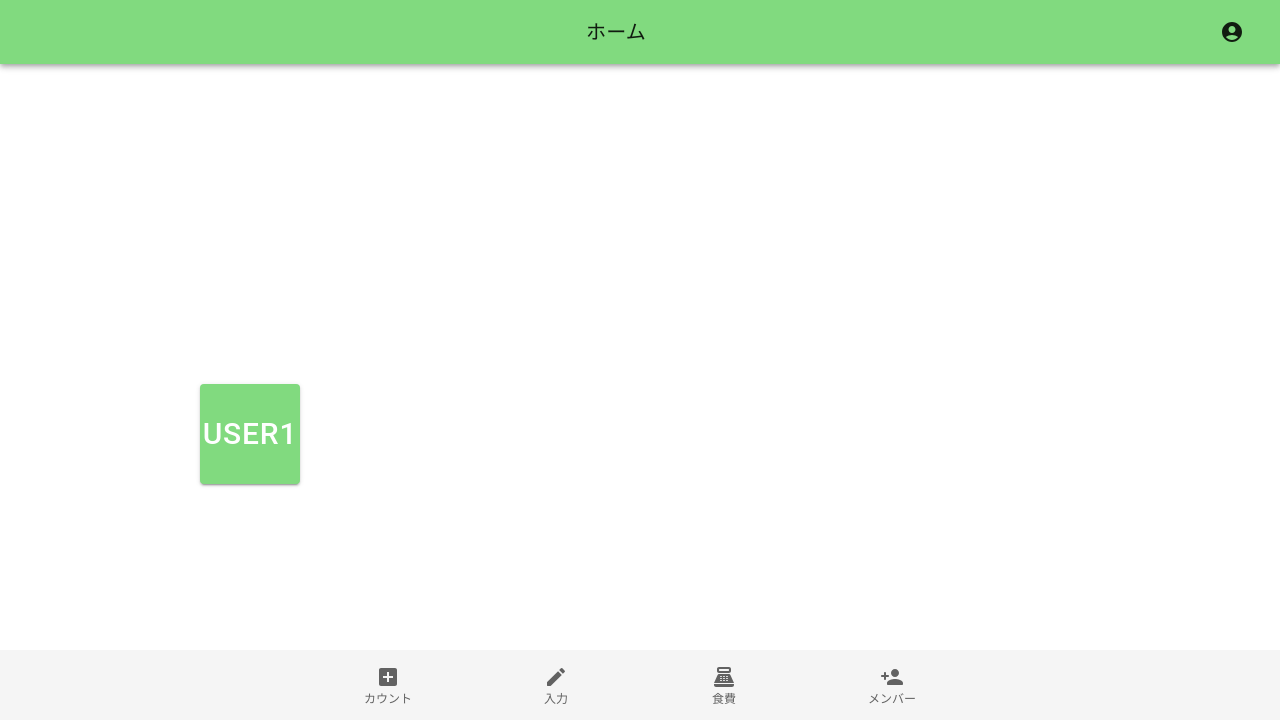
Repository: motohiro0410/motsufood
Page: /noteatingcount (app in frontend/)
The author's editor kept a copy of each file at every save. The page is drawn from the files as they stood at one save, then again after the next save.
The browser window is 1280 px wide. The pictures show the whole page.
The project was rebuilt for these pictures with package versions that can differ from the ones it lists, and the page was loaded fresh each time. Also part of the build but not shown: frontend/src/App.css, frontend/src/components/pages/Login.tsx, frontend/src/components/pages/Money.tsx, frontend/src/components/organisms/GroupHeader.tsx, frontend/src/components/pages/Group.tsx, frontend/src/components/organisms/SignInHeader.tsx, frontend/src/components/pages/SignIn.tsx, frontend/src/components/pages/Page404.tsx and 1 more.

Above is the page before, as saved 2022-08-11 16:14:45.

### frontend/src/App.tsx
import './App.css';
import { BrowserRouter } from "react-router-dom";

import { Router } from "./router/Router";
import { ThemeProvider } from '@mui/system';
import { theme } from './theme/theme';

import { AdapterDateFns } from '@mui/x-date-pickers/AdapterDateFns';
import { LocalizationProvider } from '@mui/x-date-pickers/LocalizationProvider';
import { HeaderProvider } from "./providers/HeaderProvider"

function App() {
  return (
    <LocalizationProvider dateAdapter={AdapterDateFns}>
      <ThemeProvider theme={theme}>
        <HeaderProvider>
         <BrowserRouter>
            <Router />
          </BrowserRouter>
        </HeaderProvider>
      </ThemeProvider>
    </LocalizationProvider>


  );
}

export default App;

### frontend/src/router/Router.tsx
import { FC, memo } from "react";
import { Switch, Route } from "react-router-dom";

import { Login } from "../components/pages/Login";
import { NotEatingCount } from "../components/pages/notEatingCount";
import { Money } from "../components/pages/Money";
import { Group } from "../components/pages/Group";
import { SignIn } from "../components/pages/SignIn";
import { Page404 } from "../components/pages/Page404";

import { InputFoodExpence } from "../components/pages/InputFoodExpence";

export const Router: FC = memo(() => {
  return (
    <Switch>
      <Route exact path="/">
        <Login />
      </Route>
      <Route path="/noteatingcount">
        <NotEatingCount />
      </Route>
      <Route path="/money">
        <Money />
      </Route>
      <Route path="/group">
        <Group />
      </Route>
      <Route path="/input">
        <InputFoodExpence />
      </Route>
      <Route path="/signin">
        <SignIn />
      </Route>
      <Route path="*">
        <Page404 />
      </Route>
    </Switch>
  )
})

### frontend/src/theme/theme.ts
import { createTheme } from "@mui/material"

export const theme = createTheme({
  palette: {
    primary: {
      main: "#81da7f"
    }
  }
});

### frontend/src/providers/HeaderProvider.tsx
import { createContext } from "react";

export const HeaderContext = createContext<Context[]>({} as Context[]);

export type Context = {
  title: string;
}

export const HeaderProvider = (props: any) => {
  const { children } = props;
  const contextName: Context[] = [
    {title: "ホーム"},
    {title: "食費入力"},
    {title: "支払い"},
    {title: "ユーザー編集"},
  ]



  return (
    <HeaderContext.Provider value={contextName}>
      {children}
    </HeaderContext.Provider>
  )
}

### frontend/src/components/pages/notEatingCount.tsx
import { FC, memo, useContext, useState } from "react";

import { Footer } from "../organisms/Footer";
import { MainHeader } from "../organisms/MainHeader";

import Grid from '@mui/material/Grid';
import Button from '@mui/material/Button';
import { HeaderContext } from '../../providers/HeaderProvider';
import { UserDetailModal } from "../organisms/UserDetailModal";

export const NotEatingCount: FC = memo(() => {
  const [open, setOpen] = useState(false);
  const handleOpen = () => setOpen(true);
  const handleClose = () => setOpen(false);

  const contexts = useContext(HeaderContext);
  return (
    <>
      <MainHeader title={contexts[0].title} handleOpen={handleOpen} />
        <Grid  alignItems="center" sx={{ mt: 40, ml: 25 }} >
          <Grid item>
            <Button variant="contained" sx={{ bgcolor: '#81da7f', color: "white", fontSize: '30px', width: 100, height: 100 }}>user1</Button>
          </Grid>
        </Grid>
      <Footer />
      <UserDetailModal open={open} handleClose={handleClose} />
    </>

  )
});

### frontend/src/components/organisms/Footer.tsx
import React, { FC, memo } from "react";

import Box from '@mui/material/Box';
import BottomNavigation from '@mui/material/BottomNavigation';
import BottomNavigationAction from '@mui/material/BottomNavigationAction';
import AddBoxIcon from '@mui/icons-material/AddBox';
import ModeEditRoundedIcon from '@mui/icons-material/ModeEditRounded';
import PointOfSaleRoundedIcon from '@mui/icons-material/PointOfSaleRounded';
import PersonAddRoundedIcon from '@mui/icons-material/PersonAddRounded';
import { grey } from '@mui/material/colors';

export const Footer: FC = memo(() => {

  return (
    <Box sx={{ width: '100%', position: 'fixed', bottom: 0 }}
    >
      <BottomNavigation
        showLabels
        sx={{bgcolor: grey[100], height: 70 }}
      >
        <BottomNavigationAction href="/NotEatingCount" label="カウント" icon={<AddBoxIcon />} />
        <BottomNavigationAction href="/input" label="入力" icon={<ModeEditRoundedIcon />} />
        <BottomNavigationAction href="/money" label="食費" icon={<PointOfSaleRoundedIcon />} />
        <BottomNavigationAction href="/group" label="メンバー" icon={<PersonAddRoundedIcon />} />
      </BottomNavigation>
    </Box>
  );
})

### frontend/src/components/organisms/MainHeader.tsx
import { FC } from "react";

import AppBar from '@mui/material/AppBar';
import Box from '@mui/material/Box';
import Toolbar from '@mui/material/Toolbar';
import Typography from '@mui/material/Typography';
import IconButton from '@mui/material/IconButton';
import AccountCircle from '@mui/icons-material/AccountCircle';

// import { Money } from '../pages/Money'

type Context = {
  title: string;
  handleOpen: () => void;
}

export const MainHeader: FC<Context> = (props) => {

  const { title, handleOpen } = props;

  return (
    <Box>
      <AppBar position="static" >
        <Toolbar>
          <Typography textAlign="center" variant="h6" component="div" sx={{ flexGrow: 1}}>
            {title}
          </Typography>
            <IconButton
              size="large"
              aria-label="account of current user"
              aria-controls="menu-appbar"
              aria-haspopup="true"
              color="inherit"
              onClick={handleOpen}
            >
              <AccountCircle  />
            </IconButton>
        </Toolbar>
      </AppBar>
    </Box>
  )
}

### frontend/src/components/organisms/UserDetailModal.tsx
import { FC, memo } from "react";

import { Stack, FormControl, FormLabel, Input } from "@mui/material";
import Box from '@mui/material/Box';
import Modal from '@mui/material/Modal';

type Props = {
  handleClose: () => void;
  open: boolean;
}

export const UserDetailModal: FC<Props> = memo((props) => {
  const { open, handleClose } = props;

  const style = {
    position: 'absolute' as 'absolute',
    top: '50%',
    left: '50%',
    transform: 'translate(-50%, -50%)',
    width: 500,
    bgcolor: 'background.paper',
    border: '2px solid #000',
    boxShadow: 24,
    p: 4,
  };

  return (
    <div>
    <Modal
      open={open}
      onClose={handleClose}
      aria-labelledby="modal-modal-title"
      aria-describedby="modal-modal-description"
    >
      <Box sx={style}>
        <Stack spacing={4}>
          <FormControl>
            <FormLabel>名前</FormLabel>
            <Input></Input>
          </FormControl>
          <FormControl>
            <FormLabel>email</FormLabel>
            <Input></Input>
          </FormControl>
          <FormControl>
            <FormLabel>password</FormLabel>
            <Input></Input>
          </FormControl>
        </Stack>
      </Box>
    </Modal>
  </div>
  )
})

Loaded but not shown: frontend/public/index.html (common file); frontend/src/index.tsx (common file); frontend/src/index.css (common file); frontend/src/reportWebVitals.ts (common file)

After the next save:
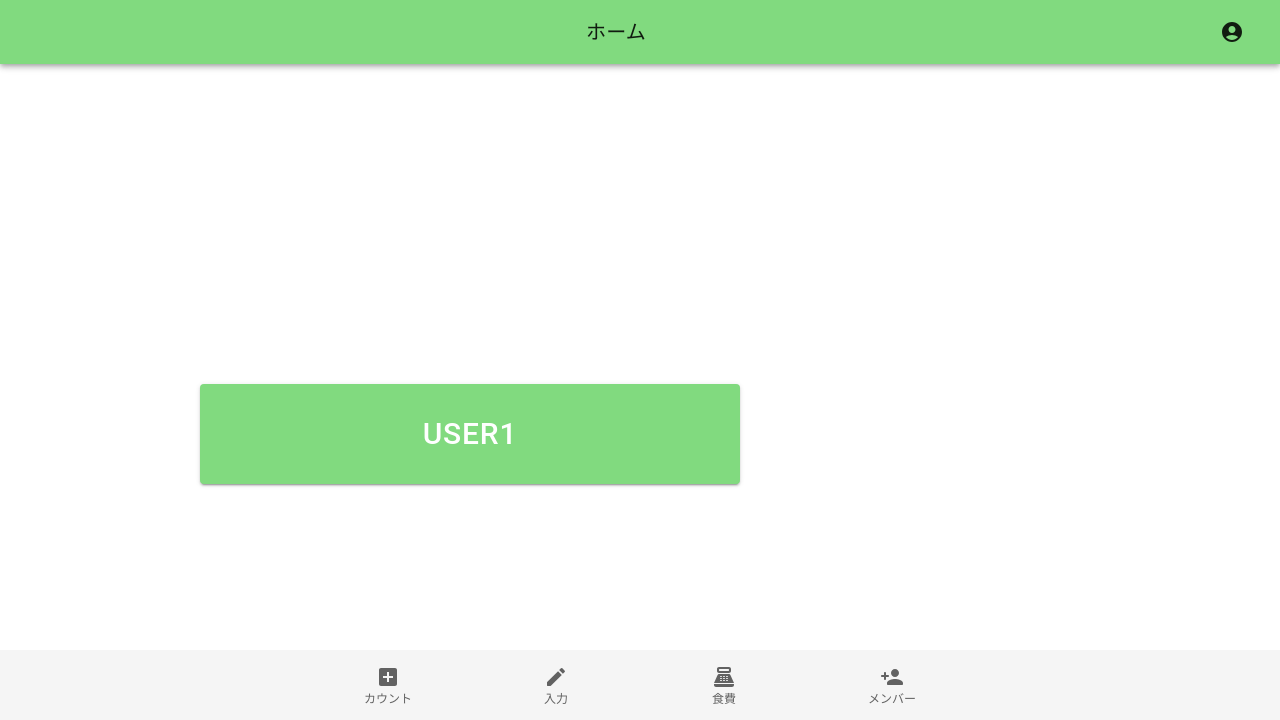
Saved 10 s later.
--- a/frontend/src/components/pages/notEatingCount.tsx
+++ b/frontend/src/components/pages/notEatingCount.tsx
@@ -19,7 +19,7 @@ export const NotEatingCount: FC = memo(() => {
       <MainHeader title={contexts[0].title} handleOpen={handleOpen} />
         <Grid  alignItems="center" sx={{ mt: 40, ml: 25 }} >
           <Grid item>
-            <Button variant="contained" sx={{ bgcolor: '#81da7f', color: "white", fontSize: '30px', width: 100, height: 100 }}>user1</Button>
+            <Button variant="contained" sx={{ bgcolor: '#81da7f', color: "white", fontSize: '30px', width: "50%", height: 100 }}>user1</Button>
           </Grid>
         </Grid>
       <Footer />
